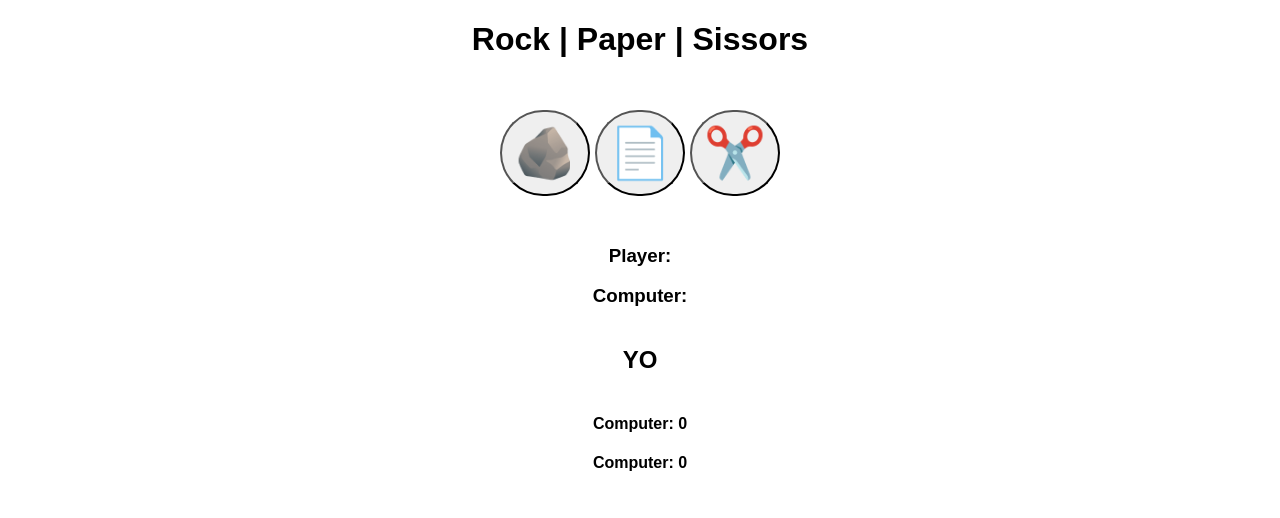
Repository: SakthivelDurai47/Rock-Paper-Sissors
Page: index.html
The author's editor kept a copy of each file at every save. The page is drawn from the files as they stood at one save, then again after the next save.
The browser window is 1280 px wide. The pictures show the whole page.

Above is the page before, as saved 2025-04-14 22:11:19.

### index.html
<!DOCTYPE html>
<html lang="en">
  <head>
    <meta charset="UTF-8" />
    <meta name="viewport" content="width=device-width, initial-scale=1.0" />
    <title>Rock, Paper, Scissor</title>
    <meta name="aurthor" content="Sakthivel Durai S" />
    <link rel="stylesheet" href="styles.css" />
  </head>
  <body>
    <h1>Rock | Paper | Sissors</h1>
    <div id="choice">
      <button onclick="playGame('Rock')">🪨</button>
      <button onclick="playGame('Paper')">📄</button>
      <button onclick="playGame('Scissor')">✂️</button>
    </div>
    <div id="info">
      <h3>Player:</h3>
      <h3>Computer:</h3>
    </div>
    <h2 id="result">YO</h2>
    <div id="scores">
      <h4>Computer: <span id="scorePlr">0</span></h4>
      <h4>Computer: <span id="scoreCum">0</span></h4>
    </div>
    <script src="index.js"></script>
  </body>
</html>

### styles.css
body {
  margin: 0;
  font-family: Arial, sans-serif;
  display: flex;
  flex-direction: column;
  align-items: center;
  text-align: center;
}
#choice {
  margin: 30px;
}
button {
  border-radius: 300px;
  font-size: 50px;
  padding: 12px;
}

Loaded but not shown: index.js (no copy from this time; the picture is the same without it)

After the next save:
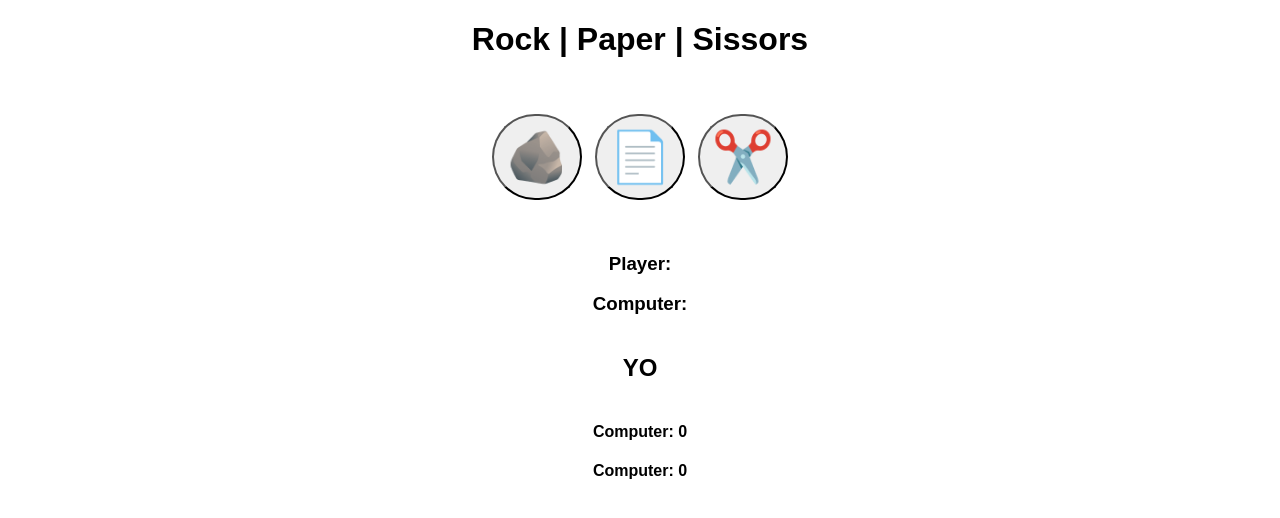
Saved 6 s later.
--- a/styles.css
+++ b/styles.css
@@ -13,4 +13,5 @@ button {
   border-radius: 300px;
   font-size: 50px;
   padding: 12px;
+  margin: 4px;
 }
